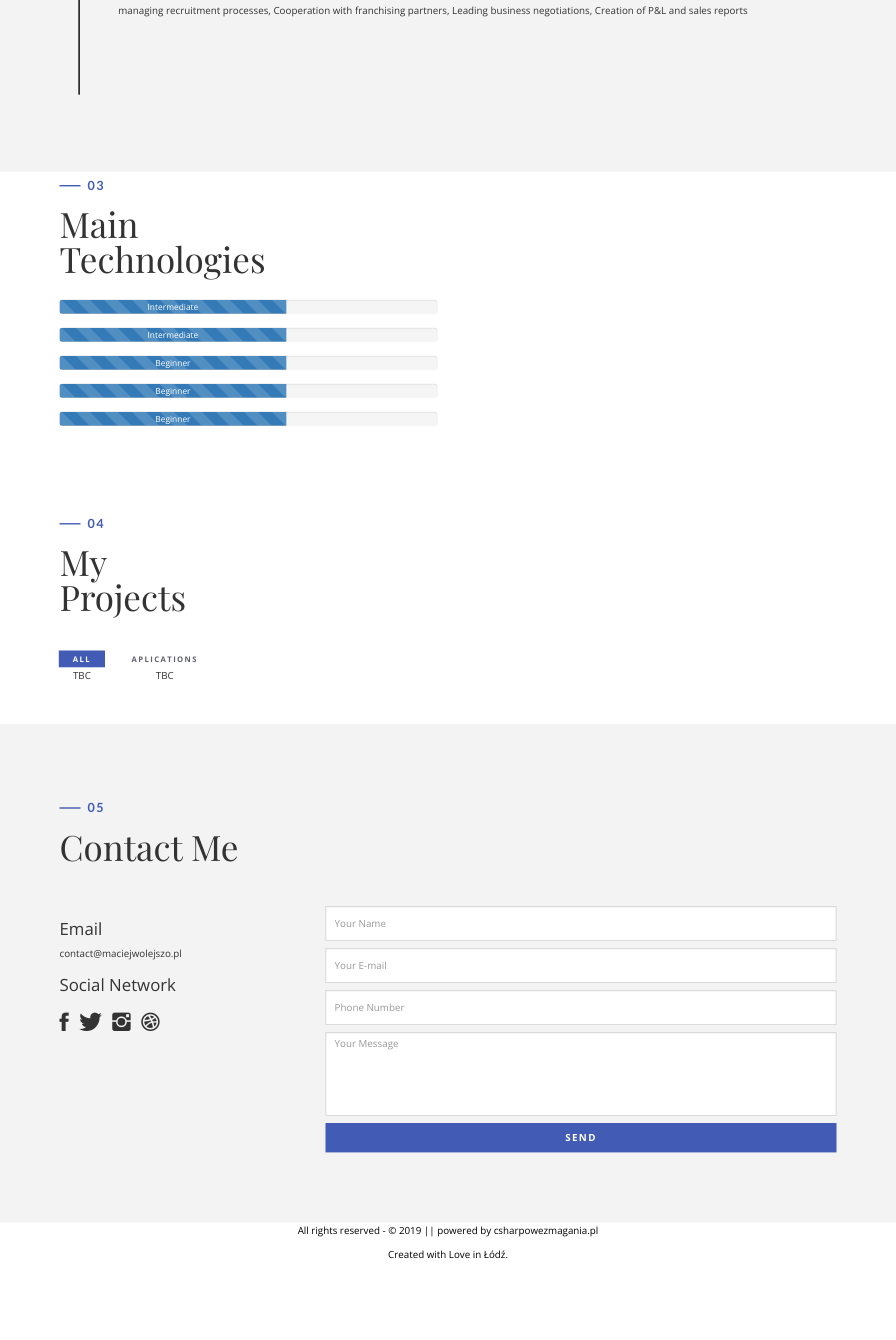
Repository: Maciej85Lodz/maciejwolejszo.pl
Page: index.html
The author's editor kept a copy of each file at every save. The page is drawn from the files as they stood at one save, then again after the next save.
The browser window is 1280 px wide. The pictures show the part of the page from y = 3656 to 5576 px (the page is 5570 px tall before and 5576 px after), at 70% of full size.
Some icons come from a web library that is not loaded, so they are not drawn. Some web fonts or font styles are not loaded; a fallback is used.

Above is the page before, as saved 2019-06-30 15:47:53.

After the next save:
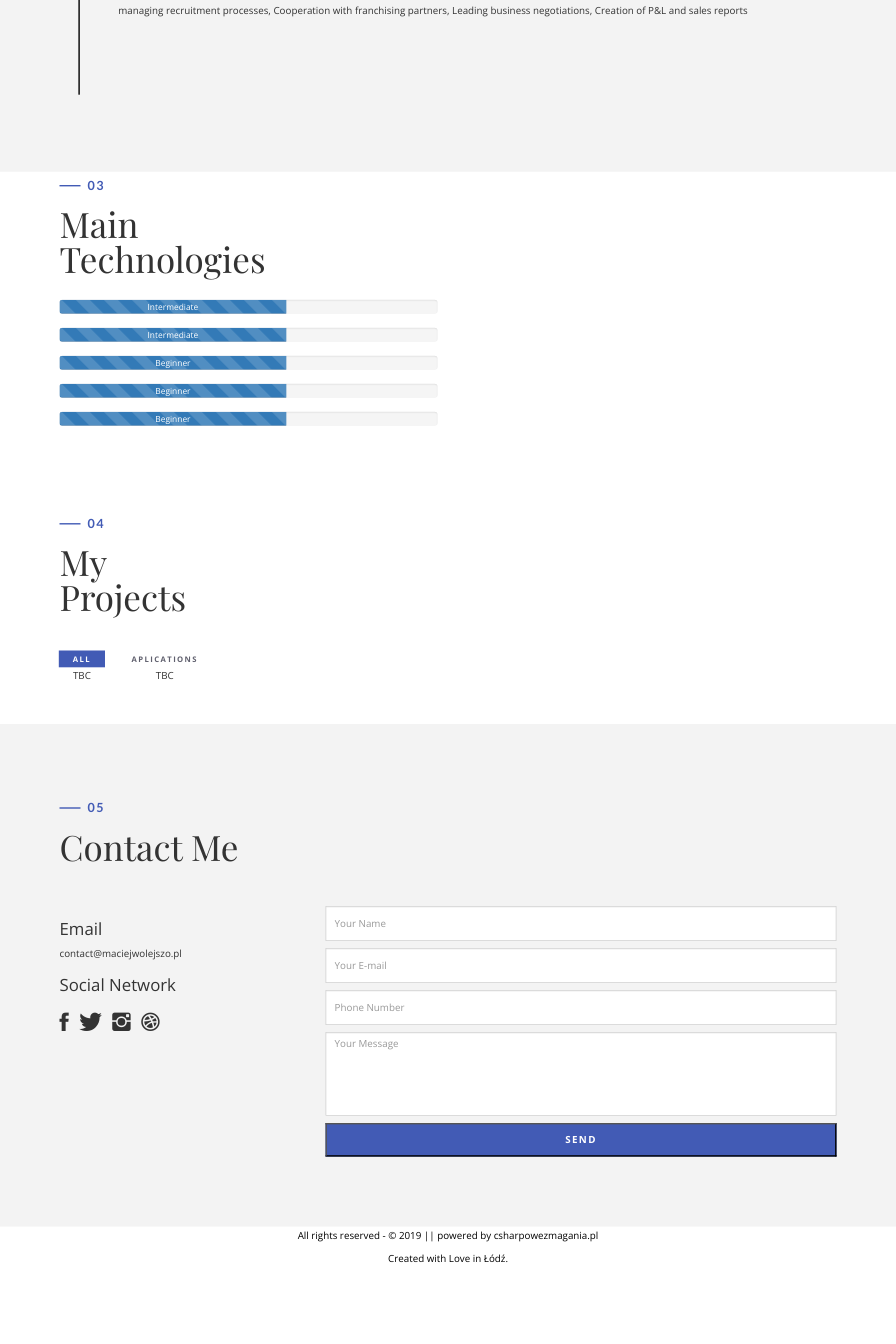
Saved 13 min 20 s later.
--- a/index.html
+++ b/index.html
@@ -306,7 +306,7 @@
                         <input type="email" name="email" class="form-control" placeholder="Your E-mail" />
                         <input type="text" name="phone" class="form-control" placeholder="Phone Number" />
                         <textarea name="message" class="form-control" placeholder="Your Message" style="height:120px"></textarea>
-                        <button id="submit" type="submit" name="submit" class="btn btn-glance">Send</button>
+                        <button id="submit" type="submit" name="submit">Send</button>
                         <div id="success">
                             <p class="green textcenter"> Your message was sent successfully! I will be in touch as soon as I can. </p>
                         </div>
